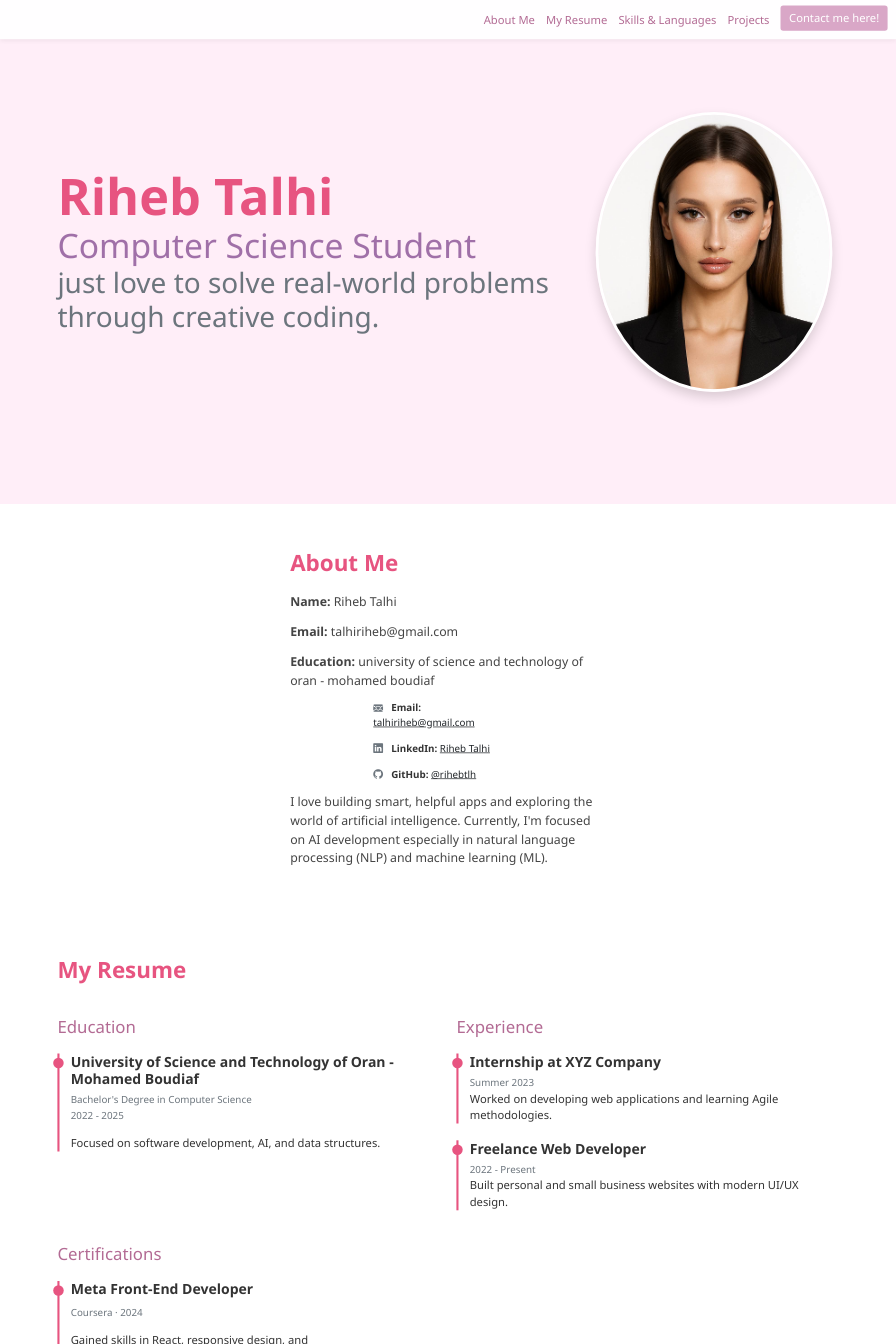
Repository: rihebtlh/portfolio
Page: new.html
An editor plug-in stored every save of this project. The page is shown before and after the next save, followed by the edit.
The browser window is 1280 px wide. The pictures show the part of the page from y = 0 to 1920 px (the page is 3948 px tall before and 4283 px after), at 70% of full size.

Above is the page before, as saved 2025-07-02 17:01:04.

After the next save:
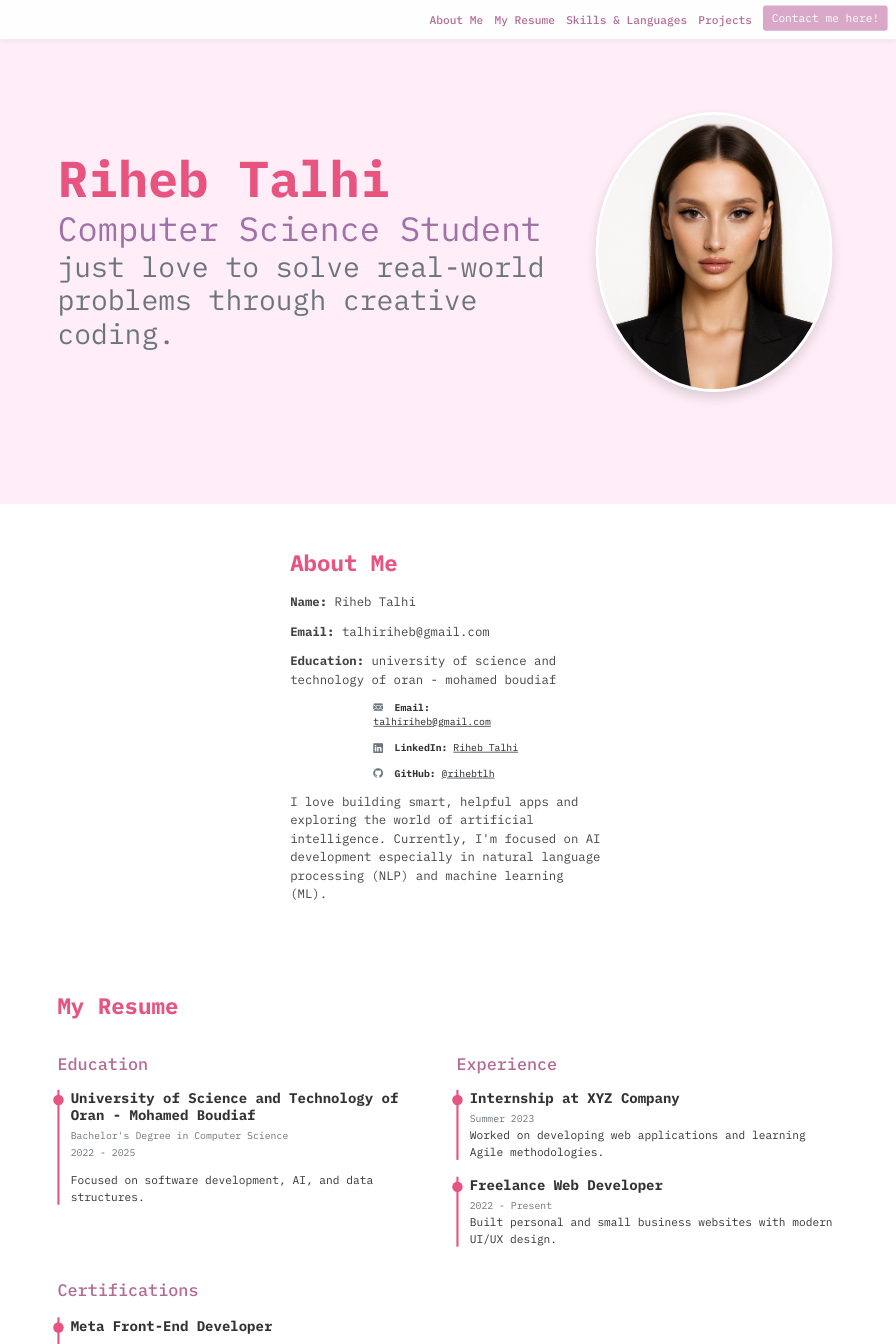
Saved 12 s later.
--- a/new.html
+++ b/new.html
@@ -11,7 +11,7 @@
 
   <style>
     body {
-      font-family: 'Segoe UI', sans-serif;
+      font-family: 'IBM Plex Mono', monospace;
       color: #333;
       background: #fff;
     }
